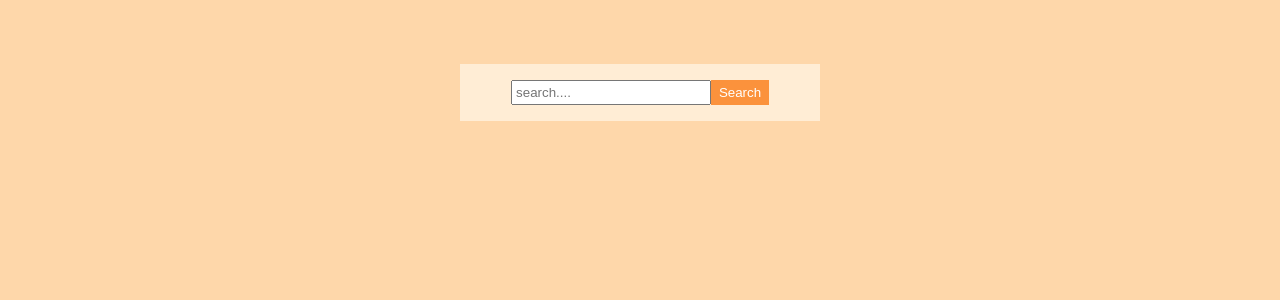
Repository: sandipkarmokar/recipeApp
Page: /
The author's editor kept a copy of each file at every save. The page is drawn from the files as they stood at one save, then again after the next save.
The browser window is 1280 px wide. The pictures show the whole page.
The pointer rests on the first visible `.app .app-container .searchBar .searchBar-container .search button`.
The project was rebuilt for these pictures with package versions that can differ from the ones it lists, and the page was loaded fresh each time.

Above is the page before, as saved 2022-04-15 16:57:36.

After the next save:
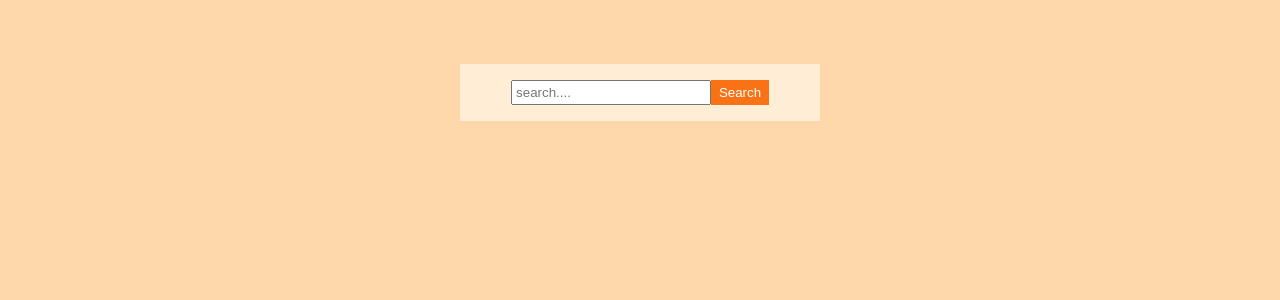
Saved 24 s later.
--- a/src/App.css
+++ b/src/App.css
@@ -43,5 +43,5 @@
     color: #fff;
 }
 .app .app-container .searchBar .searchBar-container .search button:hover {
-    background-color: #fb923c;
+    background-color: #f97316;
 }
